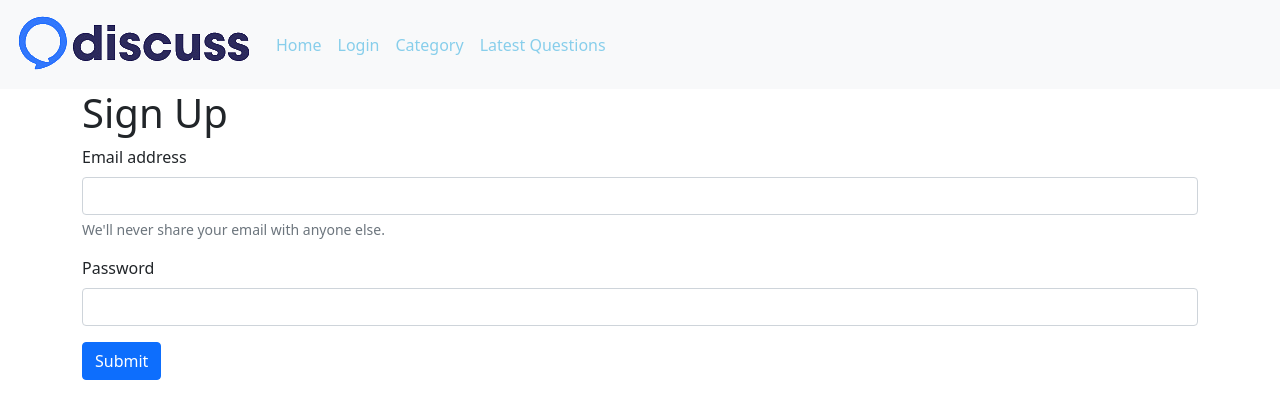
Repository: zeeShanizeeshan/php-project
Page: http://localhost/?signup=true
These files come from the project's save history. The page is drawn as it stood at one moment and after the next save; the edit follows.
The browser window is 1280 px wide. The pictures show the whole page.
The page is run by PHP 8.4 with error messages shown; the project is at /var/www/html/.

Above is the page before, as saved 2025-12-02 16:30:29.

After the next save:
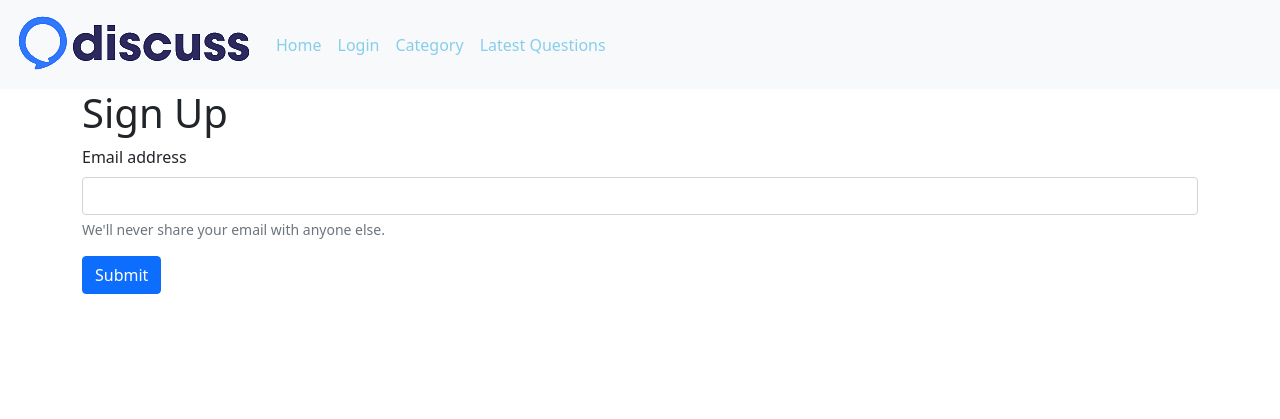
Saved 16 s later.
--- a/client/signup.php
+++ b/client/signup.php
@@ -6,10 +6,6 @@
             <input type="email" class="form-control" id="exampleInputEmail1" aria-describedby="emailHelp">
             <div id="emailHelp" class="form-text">We'll never share your email with anyone else.</div>
         </div>
-        <div class="mb-3">
-            <label for="exampleInputPassword1" class="form-label">Password</label>
-            <input type="password" class="form-control" id="exampleInputPassword1">
-        </div>
 
         <button type="submit" class="btn btn-primary">Submit</button>
     </form>
